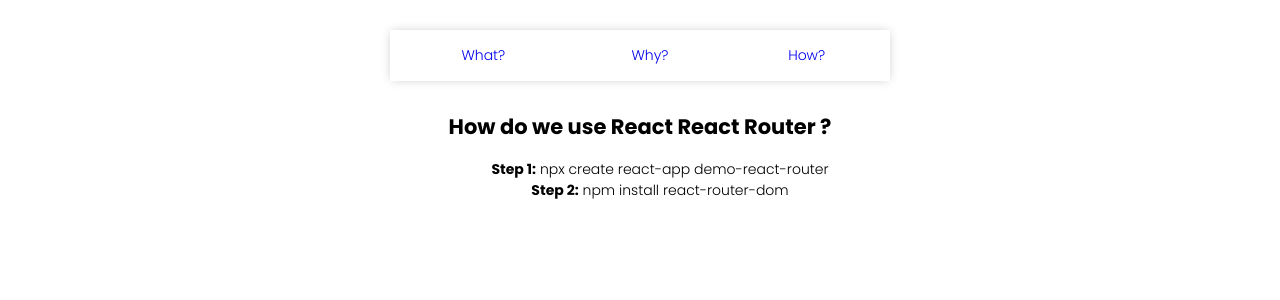
Repository: nguy3nds/2021-18-9-react
Page: /users
An editor plug-in stored every save of this project. The page is shown before and after the next save, followed by the edit.
The browser window is 1280 px wide. The pictures show the whole page.
The project was rebuilt for these pictures with package versions that can differ from the ones it lists, and the page was loaded fresh each time. Also part of the build but not shown: src/components/What.js, src/components/Why.js.

Above is the page before, as saved 2021-09-19 00:07:13.

After the next save:
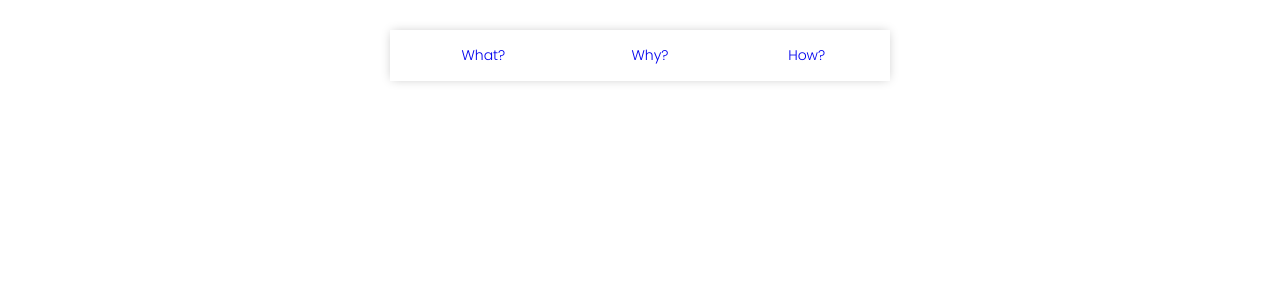
Saved 111 s later.
--- a/src/App.js
+++ b/src/App.js
@@ -26,13 +26,13 @@ export default function App() {
         {/* A <Switch> looks through its children <Route>s and
             renders the first one that matches the current URL. */}
         <Switch>
-          <Route path="/about">
+          <Route path="/How">
             <How />
           </Route>
-          <Route path="/users">
+          <Route path="/Why">
             <Why />
           </Route>
-          <Route path="/">
+          <Route path="/What">
             <What />
           </Route>
         </Switch>
